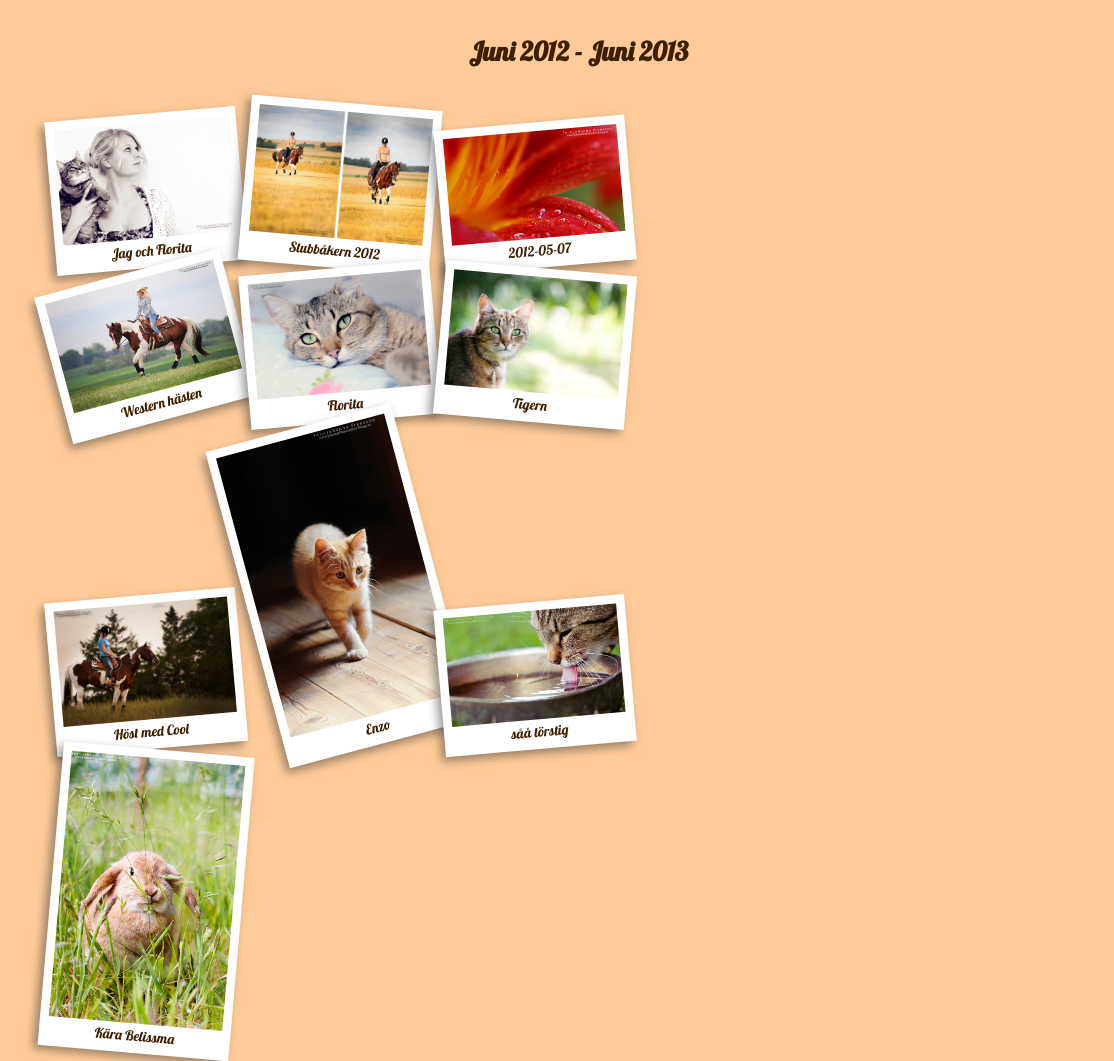
Repository: RebeccaFransson/Interfacedevelopment-1IK415
Page: galleri/index.html
The author's editor kept a record of every edit. The page is drawn from the files as they stood at one moment, then again after the next edit.
The browser window is 1280 px wide. The pictures show the whole page, at 87% of full size.

Above is the page before.

### galleri/index.html
<!doctype html>
<html lang="sv">

<head>
	<meta charset="utf-8" />
	<title>Fotogalleri</title>
<link href='http://fonts.googleapis.com/css?family=Lobster' rel='stylesheet' type='text/css'>

	<link rel="stylesheet" href="css/style.css" />
</head>

<body>
    <div id="content">
    <h1>Juni 2012 - Juni 2013</h1>
        <div id="images">

            <a href="galleri1.jpg" title="Jag och Florita"> <img src="galleri1.jpg" alt="Människa håller upp katt" /></a>
            <a href="galleri2.jpg" title="Stubbåkern 2012"> <img src="galleri2.jpg" alt="Tjej rider häst på stubbåkern" /></a>
            <a href="galleri3.jpg" title="2012-05-07">      <img src="galleri3.jpg" alt="Röd blomma med vattendroppar" /></a>
            <a href="galleri4.jpg" title="Western hästen">  <img src="galleri4.jpg" alt="Cowboy rider på ängen" /></a>
            <a href="galleri5.jpg" title="Florita">         <img src="galleri5.jpg" alt="Närbild på katt" /></a>
            <a href="galleri6.jpg" title="Tigern">          <img src="galleri6.jpg" alt="Katt utomhus" /></a>
            <a href="galleri7.jpg" title="Höst med Cool">   <img src="galleri7.jpg" alt="Häst med människa ute i skog" /></a>
            <a href="galleri8.jpg" title="Enzo">            <img src="galleri8.jpg" alt="Katt kommer ut ur skuggorna" /></a>
            <a href="galleri9.jpg" title="såå törstig">     <img src="galleri9.jpg" alt="En katt som dricker" /></a>
            <a href="galleri10.jpg" title="Kära Belissma">  <img src="galleri10.jpg" alt="En kanin som äter högt gräs" /></a>

        </div>
    </div>
</body>

### galleri/css/style.css
body{
   font-family: 'Lobster', cursive;
    background-color:#FFCC99;

}
 #content{
     margin-left:50px;

 }

 #content h1{
     font-size:30px;
     text-align:center;
     padding:20px;
     color:#3D1F00;
 }

 #images{
    width: 70%;
}
#images img{
    width:200px;
}

#images a{
     transition-property: all;
     display: inline-block;
     transform: rotate(5deg);

    background-color: white;
    padding:10px;
    text-decoration:none;
    color:#3D1F00;
    text-align:center;
    box-shadow:-5px 5px 11px 0px rgba(50, 50, 50, 0.5);
}

#images a:nth-child(2n+1){

    transform: rotate(-5deg);
}

#images a:nth-child(4n+4){

    transform: rotate(-15deg);
}


#images a:after {
   content: attr(title);
   display: block;
}

#images a:hover{
    transform:  scale(2);
    position:relative;
    z-index:2;
    transition: 1.2s;
    box-shadow:-17px 16px 11px 0px rgba(50, 50, 50, 0.6);
}

After the next edit:
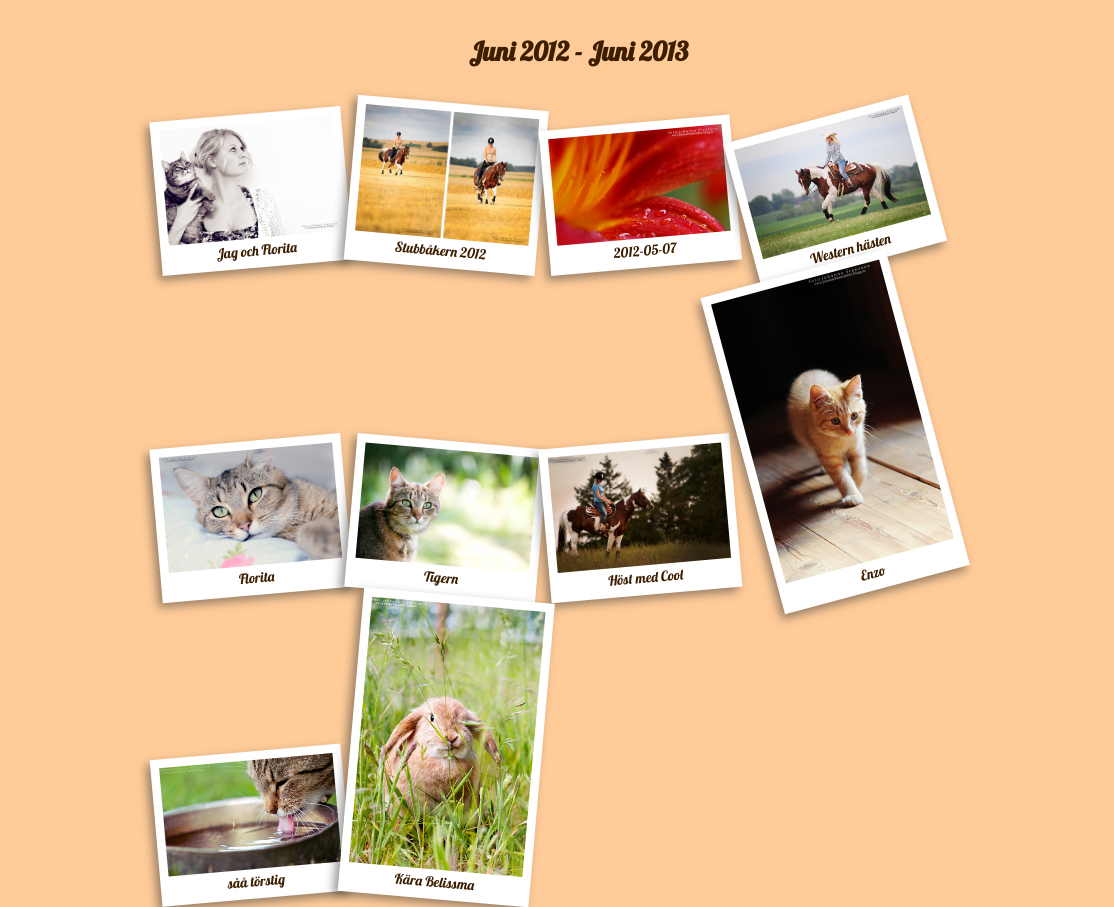
The edit:
--- a/galleri/css/style.css
+++ b/galleri/css/style.css
@@ -16,7 +16,8 @@
  }
 
  #images{
-    width: 70%;
+     margin:auto;
+    width: 80%;
 }
 #images img{
     width:200px;
